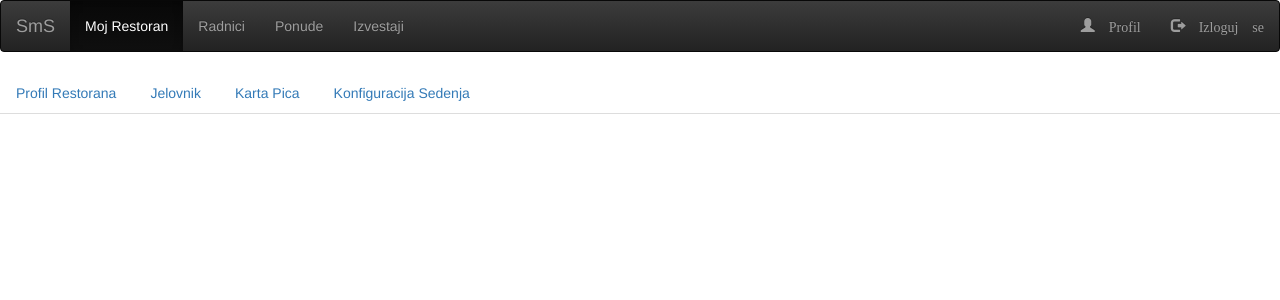
Repository: milanadam94/ISA-2016
Page: jpa-example/src/main/webapp/RestaurantManager/RestaurantManager.html
These files come from the project's save history. The page is drawn as it stood at one moment and after the next save; the edit follows.
The browser window is 1280 px wide. The pictures show the whole page.
The page's requests for data from a server got no answer. Some web libraries are served in a nearby version.

Above is the page before, as saved 2017-03-01 08:14:21.

### jpa-example/src/main/webapp/RestaurantManager/RestaurantManager.html
<!DOCTYPE html>
<html>
<head>
<meta charset="ISO-8859-1">
<title>Menadzer Restorana</title>

<!-- JQUERY -->
<script src="https://code.jquery.com/jquery-3.1.1.js" integrity="sha256-16cdPddA6VdVInumRGo6IbivbERE8p7CQR3HzTBuELA=" crossorigin="anonymous"></script>

<!-- BOOTSTRAP CSS -->
<link rel="stylesheet" href="https://maxcdn.bootstrapcdn.com/bootstrap/3.3.7/css/bootstrap.min.css" integrity="sha384-BVYiiSIFeK1dGmJRAkycuHAHRg32OmUcww7on3RYdg4Va+PmSTsz/K68vbdEjh4u" crossorigin="anonymous">

<!-- BOOTSTRAP THEME -->
<link rel="stylesheet" href="https://maxcdn.bootstrapcdn.com/bootstrap/3.3.7/css/bootstrap-theme.min.css" integrity="sha384-rHyoN1iRsVXV4nD0JutlnGaslCJuC7uwjduW9SVrLvRYooPp2bWYgmgJQIXwl/Sp" crossorigin="anonymous">

<!-- BOOTSTRAP JS -->
<script src="https://maxcdn.bootstrapcdn.com/bootstrap/3.3.7/js/bootstrap.min.js" integrity="sha384-Tc5IQib027qvyjSMfHjOMaLkfuWVxZxUPnCJA7l2mCWNIpG9mGCD8wGNIcPD7Txa" crossorigin="anonymous"></script>

<!-- ANGULAR JS -->
<script src="https://ajax.googleapis.com/ajax/libs/angularjs/1.6.1/angular.js"></script>

<script src="/JQuery-cookie-plugin/jquery.cookie.js"></script>

<!-- TOASTR -->
<!-- <script src="https://cdnjs.cloudflare.com/ajax/libs/toastr.js/latest/css/toastr.css"></script> -->
<style>
.canvas {
	border : 2px solid;
	width: 500px;
	height: 250px;
}
</style>
</head>
<body ng-app="restManager" ng-controller="restManagerController">

	<nav id="myNavbar" class="navbar navbar-inverse">
		<div class="container-fluid">
			<div class="navbar-header">
				<a class="navbar-brand">SmS</a>
			</div>
		<ul class="nav navbar-nav">
			<li class="active"><a href="RestaurantManager.html" ng-click="getRestaurant()">Moj Restoran</a></li>
			<li><a href="RestaurantManagerWorkers.html">Radnici</a></li>
			<li><a href="RestaurantManagerOfferers.html">Ponude</a></li>
			<li><a href="RestourantManagerReport.html">Izvestaji</a></li>
		</ul>
		<ul class="nav navbar-nav navbar-right">
			<li><a href="#"><span class="glyphicon glyphicon-user"> Profil</span> </a>
			<li><a href="#"><span class="glyphicon glyphicon-log-out"> Izloguj se </span> </a>
		</ul>

		</div>
	</nav>


	<div>
		<div class="form-group">
			<ul class="nav nav-tabs">
				<li><a ng-click="getRestaurant()">Profil Restorana</a>
				<li><a ng-click="getFoods()">Jelovnik</a>
				<li><a ng-click="getDrinks()">Karta Pica</a>
				<li><a ng-click="konfig()">Konfiguracija Sedenja</a>
			</ul>
		</div>
		<div id="profilDiv" ng-show="profilShow">
		<form class="form-horizontal">

			<div class="form-group">
			<label class="control-label col-sm-2" >Naziv Restorana: </label><div class="col-sm-5"><input type = "text" class="form-control" id="restaurantName" ng-model="restaurant.name" value="restaurant.name" placeholder="Izmenite ime restorana"></div> <br/>
			</div>

			<div class="form-group">
			<label class="control-label col-sm-2">Vrsta: </label><div class="col-sm-5"><input type = "text" class="form-control" id="restaurantDescription" ng-model="restaurant.description" value="restaurant.description" placeholder="Izmenite opis restorana"></div> <br/>
			</div>

			<div class="form-group">
			<label class="control-label col-sm-2">Kategorija: </label>
					 <div class="col-sm-5">
						<select class="form-control" id="kategorija" ng-model="restaurant.category" title="restaurant.category">
						<option>domaca kuhinja</option>
						<option>italijanski</option>
						<option>kineski</option>
						<option>francuski</option>
						<option>vegan</option>
						</select>
					</div>
			</div> <br/>

			<div class="form-group">
			<div class="col-sm-offset-2 col-sm-10"><button type="submit" class="btn btn-success" ng-click="saveRestaurantInfo()">Sacuvaj Izmene</button></div>
			</div>

			<div class="form-group">
			<label class="control-label col-sm-2" id="errorLabel" ng-show="error" >{{errorMessage}}</label>
			</div>

		</form>
		</div>




		<div id="jelovnikDiv" ng-show="jelovnikShow" >
			<table class="table">
				<tr bgcolor="lightgrey">
					<th>Ime</th>
					<th>Opis</th>
					<th>Cena</th>
					<th>Obrisi</th>
					<th>Promeni</th>
				</tr>
				<tr ng-repeat="i in menu.foods | orderBy:'name'">
					<td><input type="text" class="form-control" ng-model="i.name"  placeholder="Promenite ime jela" > </td>
				 	<td><input type = "text" class="form-control" ng-model="i.description" placeholder="Promenite opis jela" value="{{ i.description }}"> </td>
					<td> <input type = "number" class="form-control" ng-model="i.price" placeholder="Promenite cenu jela" value="{{ i.price }} "></td>
					<td> <button type="submit" id="{{ i.id }}"  class="btn btn-danger" ng-click="deleteFood( i.id )" >Obrisi</button></td>
					<td> <button type="submit" id="{{ i.id }}"  class="btn btn-warning" ng-click="changeFood( i.id )" >Promeni</button></td>

				</tr>
			</table>
			<br/><br/>
			<form class="form-horizontal">

			<div class="form-group">
			<label class="control-label col-sm-2">Ime: </label><div class="col-sm-5"><input type = "text" class="form-control" id="imeNovogJela" ng-model="newFood.name" placeholder="Unesite ime jela"></div> <br/>
			</div>

			<div class="form-group">
			<label class="control-label col-sm-2">Opis: </label><div class="col-sm-5"><input type = "text" class="form-control" id="opisNovogJela" ng-model="newFood.description"  placeholder="Unesite opis jela"></div> <br/>
			</div>


			<div class="form-group">
			<label  class="control-label col-sm-2">Cena: </label><div class="col-sm-5"><input type = "number" min=0 class="form-control" id="cenaNovogJela" ng-model="newFood.price"  placeholder="Unesite cenu jela"></div> <br/>
			</div>

			<div class="form-group">
			<div class="col-sm-offset-2 col-sm-10"><button type="submit" class="btn btn-success" ng-click="addFood()" >Dodaj Jelo</button></div>
			</div>

			</form>
		</div>
		<div id="picaDiv" ng-show="picaShow">
			<table class="table">
				<tr bgcolor="lightgrey">
					<th>Ime</th>
					<th>Opis</th>
					<th>Cena</th>
					<th>Obrisi</th>
					<th>Promeni</th>
				</tr>
				<tr ng-repeat="i in menu.drinks | orderBy:'name'">
					<td><input type="text" class="form-control" ng-model="i.name"  placeholder="Promenite ime pica" > </td>
				 	<td><input type = "text" class="form-control" ng-model="i.description" placeholder="Promenite opis pica" value="{{ i.description }}"> </td>
					<td> <input type = "number" class="form-control" ng-model="i.price" placeholder="Promenite cenu pica" value="{{ i.price }} "></td>
					<td> <button type="submit" id="{{ i.id }}"  class="btn btn-danger" ng-click="deleteDrink( i.id )" >Obrisi</button></td>
					<td> <button type="submit" id="{{ i.id }}"  class="btn btn-warning" ng-click="changeDrink( i.id )" >Promeni</button></td>

				</tr>
			</table>
			<br/><br/>
			<form class="form-horizontal">

			<div class="form-group">
			<label class="control-label col-sm-2">Ime: </label> <div class="col-sm-5"><input type = "text" class="form-control" id="imeNovogPica" ng-model="newDrink.name" placeholder="Unesite ime pica"></div> <br/>
			</div>

			<div class="form-group">
			<label class="control-label col-sm-2">Opis:</label> <div class="col-sm-5"><input type = "text" class="form-control" id="opisNovogPica" ng-model="newDrink.description"  placeholder="Unesite opis pica"></div> <br/>
			</div>

			<div class="form-group">
			<label  class="control-label col-sm-2">Cena: </label><div class="col-sm-5"><input type = "number" class="form-control" min=0 class="form-control" id="cenaNovogPica" ng-model="newDtrink.price"  placeholder="Unesite cenu pica"></div> <br/>
			</div>

			<div class="form-group">
			<div class="col-sm-offset-2 col-sm-10"><button type="submit" class="btn btn-success" ng-click="addDrink()" >Dodaj Pice</button></div>
			</div>

			</form>
		</div>


		<!--  DODAVANJE SEGMENTA -->

		<div id="konfiguracijaDiv" ng-show="konfiguracijaShow">

			<form class="form-horizontal">
			<div class="form-group">
			<label class="control-label col-sm-2" >Naziv Segmenta: </label> <div class="col-sm-5">  <input type="text" class="form-control" ng-model="newSegment.name" palceholder="Unesite naziv segmenta"> </input></div><br/>
			</div>
			<div class="form-group">
			<label class="control-label col-sm-2">Dozvoljeno Pusenje: </label><div class="col-sm-2"><input type="checkbox" class="form-control" ng-model="newSegment.smoking"></input> </div><br/><br/>
			</div>
			<div class="form-group">
			<div class="col-sm-offset-2 col-sm-10"><button type="submit" class="btn btn-success" ng-click="addKonfig()">Dodaj Segment</button></div>
			</div>

			</form>


			<br/><br/>

			<!-- CANVASSS ============ -->


		<canvas id="canvas" class="canvas" ng-click="draw($event)">
			Vas browser ne podrzava graficki prikaz!
		</canvas>

		<br/><br/>
		<div ng-show="newTableShow">

			<form class="form-horizontal">

			<div class="form-group">
			<label class="control-label col-sm-2">Oznaka: </label> <div class="col-sm-5"><input type = "text" class="form-control" ng-model="newTable.tag" placeholder="Unesite oznaku stola"></div> <br/>
			</div>

			<div class="form-group">
			<label class="control-label col-sm-2">Opis:</label> <div class="col-sm-5"><input type = "text" class="form-control" ng-model="newTable.description"  placeholder="Unesite opis stola"></div> <br/>
			</div>

			<div class="form-group">
			<label  class="control-label col-sm-2">Broj Mesta: </label><div class="col-sm-5"><input type = "number" class="form-control" min=0 max="20" class="form-control" id="cenaNovogPica" ng-model="newTabel.seatCount"  placeholder="Unesite broj mesta"></div> <br/>
			</div>

			<label  class="control-label col-sm-2" >Region:</label>
					<div class="col-sm-5">
					<select class="form-group" ng-model="myNewSegment">
						<option ng-repeat="i in segments" value="{{i.id}}">{{i.name}}</option>
					</select>
					</div>

			<div class="form-group">
			<div class="col-sm-offset-2 col-sm-10"><button type="submit" class="btn btn-success" ng-click="addTable()" >Dodaj Sto</button></div>
			</div>

			</form>



			</div>


		</div>

		<div ng-show="deleteTableButtonShow" class="form-group">
			<div class="col-sm-offset-2 col-sm-10"><button type="submit" class="btn btn-danger" ng-click="deleteTable()" >Ukloni Sto</button></div>
		</div>

	</div>
</body>


<!-- ANGULAR SCRIPT -->
<script src="RestaurantManager.js"></script>


</html>

### jpa-example/src/main/webapp/RestaurantManager/RestaurantManager.js
angular.element(document).ready(function () {
    console.log('page loading completed');
});
var restManager = angular.module('restManager', []).config(['$qProvider', '$httpProvider', function ($qProvider, $httpProvider)  {
    $qProvider.errorOnUnhandledRejections(false);

}]).run(['$rootScope', '$http', '$window', function ($rootScope, $http, $window) {

	//namestiti dole u funckcijama gde treba user.email kada se ovo namesti!
	if (typeof $.cookie('user') !== 'undefined') {
		user = JSON.parse($.cookie('user'));

		if(user.userType == "GUEST") {
			$window.location.href = "/GuestPage/GuestPage.html";
		}
		// DALJE
	}



}]);



restManager.controller('restManagerController', [ '$scope', 'konfService', 'drinkService', 'restaurantInfoService', 'foodService','canvasService', function($scope, konfService, drinkService, restaurantInfoService, foodService, canvasService ){

	$scope.newFood = {
			name: "",
			description: "",
			price: 0
	}

	$scope.newDrink = {
			name: "",
			description: "",
			price: 0
	}


	findUser = function(){
		restaurantInfoService.findRestaurantManager().then(
				function(response){
					$scope.user = response.data;

				}

		);
	}

	findUser();

	setShows = function(profilShow, picaShow, jelovnikShow, konfiguracijaShow){
		$scope.profilShow = profilShow;
		$scope.picaShow = picaShow;
		$scope.jelovnikShow = jelovnikShow;
		$scope.konfiguracijaShow = konfiguracijaShow;
	}
	setShows(false,false,false,false);

	$scope.error = false;
	$scope.errorMessage = "";

	restaurantInfoService.getRestaurant($scope.user).then(
			function(response){
				$scope.restaurant = response.data;

				if(response.data.name == null){
					alert("Restoran nije pronadjen!");
				}
			}
	);


	$scope.getRestaurant = function() {
			if($scope.restaurant.name != null){
				setShows(true, false, false, false);
			}else{
				alert("Restoran nije pronadjen!");
			}

	}


	$scope.getFoods = function(){

		restaurantInfoService.getMenu($scope.user, $scope.restaurant).then(
				function(response){

					if(response.data != null){
						setShows(false, false, true, false);
						$scope.menu = response.data;
					}else{
						alert("Meni nije pronadjen!");
					}

				}
		);

	}

	$scope.changeFood = function(foodID){
		selectedFood = "";

		angular.forEach($scope.menu.foods, function(value){
			if(value.id == foodID){
				selectedFood = value;
			}

		})

		if(selectedFood.name == "" || selectedFood.price < 0 || $scope.restaurant == null){
			alert("Ime ne sme biti prazno. Cena ne sme biti manja od 0");
			return;
		}

		foodService.saveChanges(selectedFood, $scope.menu);

	}


	$scope.addFood = function(){

		if($scope.newFood.name == "" || $scope.newFood.price < 0 || $scope.restaurant == null){
			alert("Ime ne sme biti prazno i cena ne sme biti manja od 0!");
			return;
		}

		foodService.addFood($scope.newFood, $scope.menu);
		restaurantInfoService.getMenu($scope.user, $scope.restaurant).then(
				function(response){

					if(response.data != null){
						$scope.menu = response.data;
						location.reload();
					}else{
						alert("Meni nije pronadjen!");
					}

				}
			);


	}


	$scope.deleteFood = function(foodID){

		foodService.deleteFood(foodID, $scope.menu);
		restaurantInfoService.getMenu($scope.user, $scope.restaurant).then(
			function(response){

				if(response.data != null){
					$scope.menu = response.data;
					location.reload();
				}else{
					alert("Meni nije pronadjen!");
				}

			}
		);


	}



	$scope.getDrinks = function(){
		restaurantInfoService.getMenu($scope.user, $scope.restaurant).then(
				function(response){

					if(response.data != null){
						setShows(false, true, false, false);
						$scope.menu = response.data;
					}else{
						alert("Meni nije pronadjen!");
					}

				}
		);

	}


	$scope.addDrink = function(){

		if($scope.newDrink.name == "" || $scope.newDrink.price < 0 || $scope.restaurant == null){
			alert("Ime ne sme biti prazno i cena ne sme biti manja od 0!");
			return;
		}

		drinkService.addDrink($scope.newDrink, $scope.menu);
		restaurantInfoService.getMenu($scope.user, $scope.restaurant).then(
				function(response){

					if(response.data != null){
						$scope.menu = response.data;
						location.reload();
					}else{
						alert("Meni nije pronadjen!");
					}

				}
			);
	}

	$scope.changeDrink = function(drinkID){
		selectedDrink = "";

		angular.forEach($scope.menu.drinks, function(value){
			if(value.id == drinkID){
				selectedDrink = value;
			}

		})

		if(selectedDrink.name == "" || selectedDrink.price < 0 || $scope.restaurant == null){
			alert("Ime ne sme biti prazno. Cena ne sme biti manja od 0");
			return;
		}

		drinkService.saveChanges(selectedDrink, $scope.menu);

	}

	$scope.deleteDrink = function(drinkID){
		drinkService.deleteDrink(drinkID, $scope.menu);
		restaurantInfoService.getMenu($scope.user, $scope.restaurant).then(
			function(response){

				if(response.data != null){
					$scope.menu = response.data;
					location.reload();
				}else{
					alert("Meni nije pronadjen!");
				}

			}
		);
	}


	// ===============================================================

	$scope.newSegment = {
			name: "",
			smoking: false
	}

	$scope.newTable = {
			seatCount: 0,
			tag: "",
			description: "",
			xCoord: 0,
			yCoord: 0
	}


	$scope.getKonf = function(){


	}


	$scope.addKonfig = function(){

		if($scope.newSegment.name == "" || $scope.restaurant == null){
			alert("Neispravan unos ili restoran nije pronadjen")
			return;
		}

		konfService.addSegment($scope.newSegment, $scope.restaurant.id).then(
				function(response){
					alert(response.data);

					location.reload();
				}
		);


	}

	restaurantInfoService.loadAllSegments().then(
			function(response){
				$scope.segments = response.data;
			}

	);


	$scope.konfig = function(){
		setShows(false,false,false,true);

		$scope.loadTables();

	}


	$scope.saveRestaurantInfo = function() {

		if($scope.profilShow){
			if($scope.restaurant.name == "" || $scope.restaurant.description == ""){
				$scope.error = true;
				$scope.errorMessage = "Ne moze biti prazno!";
				return;
			}else{
				$scope.error = false;
				$scope.errorMessage = "";
			}
			restaurantInfoService.saveChanges($scope.restaurant, $scope.user);


		}else if ($scope.jelovnikShow) {


		}else if ($scope.piceShow){

		}else if ($scope.konfiguracijaShow){

		}else {
			alert("Error! Nothing selected.");
		}

	}

	// KANVAS ====================================================
	$scope.myNewSegment = "";


	$scope.draw = function(event) {
    	var canvas = document.getElementById('canvas');
    	var context = canvas.getContext('2d');

    	var rect = canvas.getBoundingClientRect();
        var x = event.clientX - rect.left;
        var y = event.clientY - rect.top; var rect = canvas.getBoundingClientRect(),
        scaleX = canvas.width / rect.width,    // relationship bitmap vs. element for X
        scaleY = canvas.height / rect.height;  // relationship bitmap vs. element for Y

	    x = (event.clientX - rect.left) * scaleX,   // scale mouse coordinates after they have
	    y = (event.clientY - rect.top) * scaleY     // been adjusted to be relative to element
	    //  context.clearRect(0, 0, canvas.width, canvas.height);

	    xIndex = x/30.0 + 1;
	    yIndex = y/30.0 + 1;
	    xIndex = Math.floor(xIndex);
	    yIndex = Math.floor(yIndex);

		startX = x/30.0 + 1;
	    startY = y/30.0 + 1;
	    startX = Math.floor(startX)*30 -30;
	    startY = Math.floor(startY)*30 -30;

	    $scope.newTable.xCoord = xIndex;
	    $scope.newTable.yCoord = yIndex;


	    $scope.newTableShow = true;
	    $scope.deleteTableButtonShow = false;

	    $scope.restaurantTables.forEach(function(table) {
			if(table.xCoord == xIndex && table.yCoord == yIndex){
				$scope.newTableShow = false;
				$scope.deleteTableButtonShow = true;
			}
		});


  }

	$scope.restaurantTables = [];

	$scope.loadTables = function() {

		$scope.newTableShow = false;
		var canvas = document.getElementById('canvas');
    	var context = canvas.getContext('2d');
    	context.clearRect(0, 0, canvas.width, canvas.height);

    	for(var j = 0; j < 5; j++)
    	{
	    	for(var i=0; i < 10; i++)
	    	{
	    		context.rect(i*30 ,j*30 ,30,30);
	            context.stroke();
	    	}
    	}


    	canvasService.getAllTables().then(
    			function(response){
    				$scope.restaurantTables = response.data;
    				$scope.restaurantTables.forEach(function(table) {
    					x = parseFloat(table.xCoord)*30 - 30;
    					y = parseFloat(table.yCoord)*30 - 30;
    					context.globalAlpha = 1.0;
    					context.fillStyle="#000000";
    					context.font="20px Arial";
    					context.fillText(table.tag, x + 8, y + 22);
    				});
    			}
    	);




	}



	$scope.addTable = function(){

		if($scope.newTable.seatCount < 0 || $scope.newTable.seatCount > 20 ||
				$scope.newTable.tag == "" || $scope.myNewSegment == ""){
			alert("Los unos!");
			return;
		}

		if($scope.newTable.tag.length > 2){
			alert("Oznaka moze imati maksimalno 2 karaktera!");
			return;
		}


		canvasService.addTable($scope.newTable, $scope.myNewSegment).then(
				function(response){
					alert(response.data);
					location.reload();
				}
		);

	}


	$scope.deleteTable = function(){
		flag = false;

		$scope.restaurantTables.forEach(function(table) {
			if(table.xCoord == $scope.newTable.xCoord && table.yCoord == $scope.newTable.yCoord){
				flag = true;
			}
		});

		if(!flag){
			alert("Niste selektovali sto");
			return;
		}

		canvasService.deleteTable($scope.newTable);


	}



}]);








restManager.service('restaurantInfoService',['$window', '$http', function($window, $http){

	this.loadAllSegments = function(){
		return $http({
			  method: 'GET',
		      url : "../restManager/loadAllSegments/1" //========================================== dodati user Email
		});

	}


	this.getRestaurant = function(user){
		return $http.get("../restManager/myRestaurant/1"); // ================================= OVDE NAMESTITI EMAIL USERA
	}

	this.findRestaurantManager = function(){
		return $http({
			  method: 'GET',
		      url : "../restManager/getUser/1" //========================================== dodati user Email
		});
	}

	this.saveChanges = function(restaurant, user){

		$http({
			  method: 'POST',
			  data : $.param(restaurant),
		      url : "../restManager/saveRestaurantInfo/1" // =================================== OVDE NAMESTITI EMAIL USERA
		}).then(function success(response) {
					alert("Success!");
			  }, function error(response) {
				  	alert("Error!");
			  }
			);
	};

	this.getMenu = function (user, restaurant){
		return $http({
			method: 'POST',
			data : restaurant,
			url: "../restManager/getMenu/1"  // ==================== user.mail
		});
	}


}]);

restManager.service('foodService',['$window', '$http', function($window, $http){

	this.saveChanges = function (food, menu){
		$http({
			method: 'POST',
			data: food,
			url: "../restManager/changeFood/" + menu.id
		}).then(function success() {
			alert("Uspesno promenjeno!");
		  }, function error() {
			  	alert("Error!");
		  }

		);
	}

	this.addFood = function (newFood, menu){
		$http({
			method: 'POST',
			data: newFood,
			url: "../restManager/addFood/"+menu.id
		});

	}

	this.deleteFood = function (foodID, menu){
		$http({
			method: 'DELETE',
			url: "../restManager/deleteFood/"+foodID+"/"+menu.id
		});
	}

}]);

restManager.service('drinkService', ['$window', '$http', function($window, $http){

	this.saveChanges = function (drink, menu){
		$http({
			method: 'POST',
			data: drink,
			url: "../restManager/changeDrink/" + menu.id
		}).then(function success() {
			alert("Uspesno promenjeno!");
		  }, function error() {
			  	alert("Error!");
		  }

		);
	}

	this.deleteDrink = function(drinkID, menu){
		$http({
			method: 'DELETE',
			url: "../restManager/deleteDrink/"+drinkID+"/"+menu.id
		});
	}

	this.addDrink = function (newDrink, menu){
		$http({
			method: 'POST',
			data: newDrink,
			url: "../restManager/addDrink/"+menu.id
		});
	}

}]);

restManager.service('konfService', ['$window', '$http', function($window, $http){

	this.addSegment = function(newSegment, restoranID){
		return $http({
			method: 'POST',
			data: newSegment,
			url: "../restManager/addSegment/"+restoranID
		});

	}

	this.getKonf;
	this.saveChanges;
	this.addKonf;

}]);


restManager.service('canvasService', ['$window', '$http', function($window, $http){

	this.addTable = function(newTable, segmentID){
		return $http({
			method: 'POST',
			data: newTable,
			url: "../restManager/addTable/"+segmentID+"/1" //==================================== staviti email restoran menagera
		});
	}

	this.getAllTables = function(){
		return $http({
			method: 'GET',
			url: "../restManager/getAllTables/1" //==================================== staviti email restoran menagera
		});
	}


	this.deleteTable = function (newTable){
		$http({
			method: 'POST',
			data: newTable,
			url: "../restManager/deleteTable"
		}).then(
				function success(){
					location.reload();
				},
				function error(){
					alert("Error!");
				}
		);
	}


}]);

Loaded but not shown: jpa-example/src/main/webapp/JQuery-cookie-plugin/jquery.cookie.js (library)

After the next save:
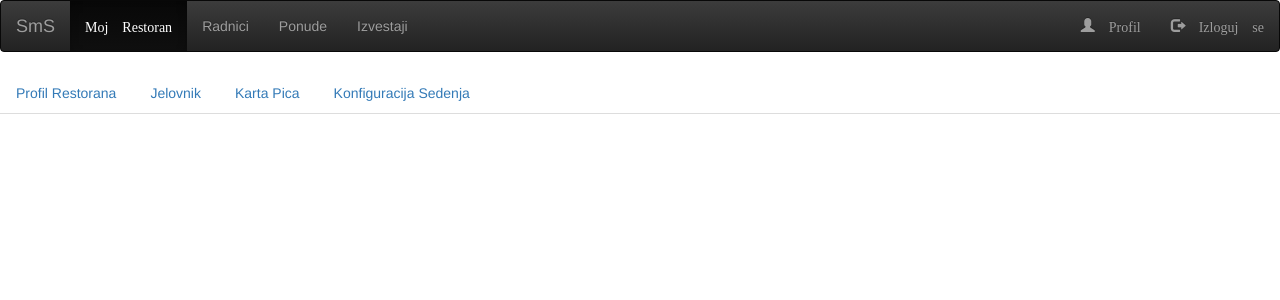
Saved 86 s later.
--- a/jpa-example/src/main/webapp/RestaurantManager/RestaurantManager.html
+++ b/jpa-example/src/main/webapp/RestaurantManager/RestaurantManager.html
@@ -39,7 +39,7 @@
 				<a class="navbar-brand">SmS</a>
 			</div>
 		<ul class="nav navbar-nav">
-			<li class="active"><a href="RestaurantManager.html" ng-click="getRestaurant()">Moj Restoran</a></li>
+			<li class="active"><a href="RestaurantManager.html" ng-click="getRestaurant()"><span class="glyphicon glyphicons-building">Moj Restoran </span></a></li>
 			<li><a href="RestaurantManagerWorkers.html">Radnici</a></li>
 			<li><a href="RestaurantManagerOfferers.html">Ponude</a></li>
 			<li><a href="RestourantManagerReport.html">Izvestaji</a></li>
